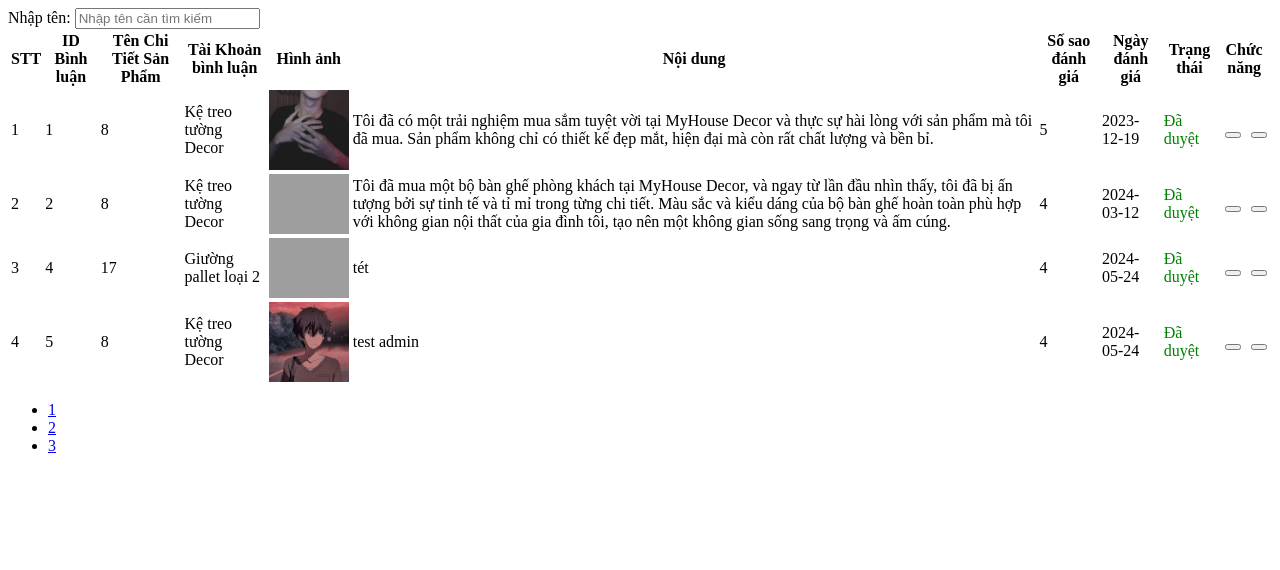
Repository: anhtu2110/TestCNPM
Page: http://localhost/MyHouseDecor/Admin/View/Admin_CommentView.php?page=1
The author's editor kept a copy of each file at every save. The page is drawn from the files as they stood at one save, then again after the next save.
The browser window is 1280 px wide. The pictures show the whole page.
Pictures or frames that could not be fetched are drawn as grey boxes. The page is run by PHP 8.4 with error messages shown; the project is at /var/www/html/. The database holds what the project's SQL file puts in it.

Above is the page before, as saved 2024-07-09 22:05:23.

After the next save:
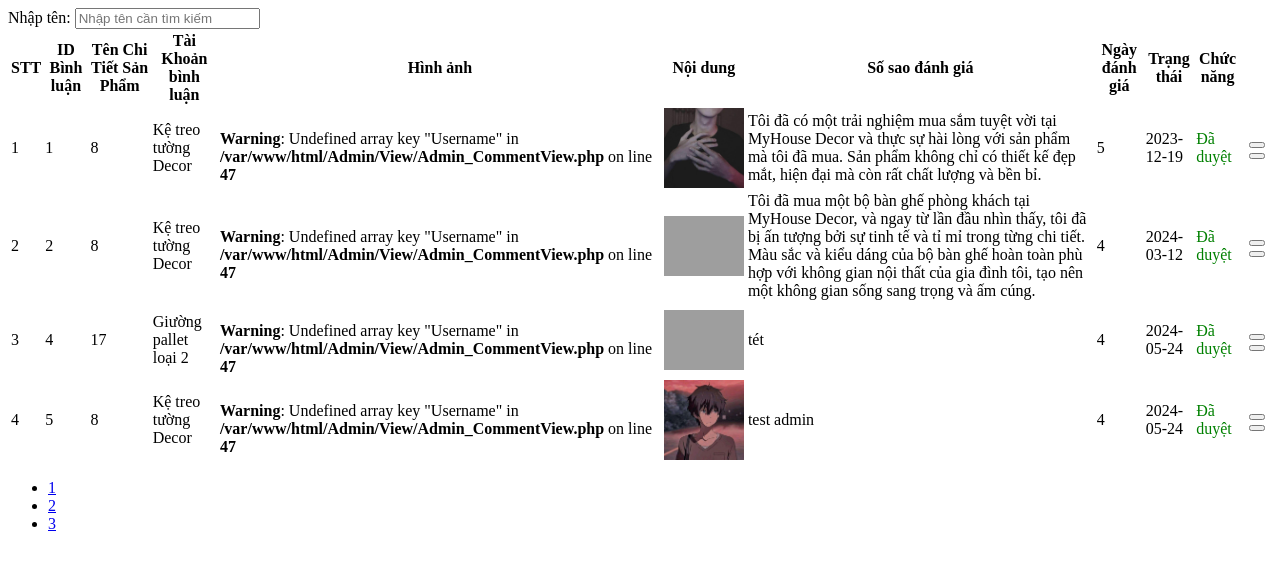
Saved 2 min 0 s later.
--- a/Admin/View/Admin_CommentView.php
+++ b/Admin/View/Admin_CommentView.php
@@ -44,6 +44,7 @@
                 $x = $controller->getNameProduct($items['DetailsID']);
                 print_r($x);
                 ?></td>
+        <td><?php echo $items['Username']; ?></td>
         <td><img src="<?php echo '../' . $items['Image']; ?>" style="max-width: 80px;max-height: 80px;" alt=""></td>
         <td><?php echo $items['Content']; ?></td>
         <td><?php echo $items['Star']; ?></td>

After the save that followed:
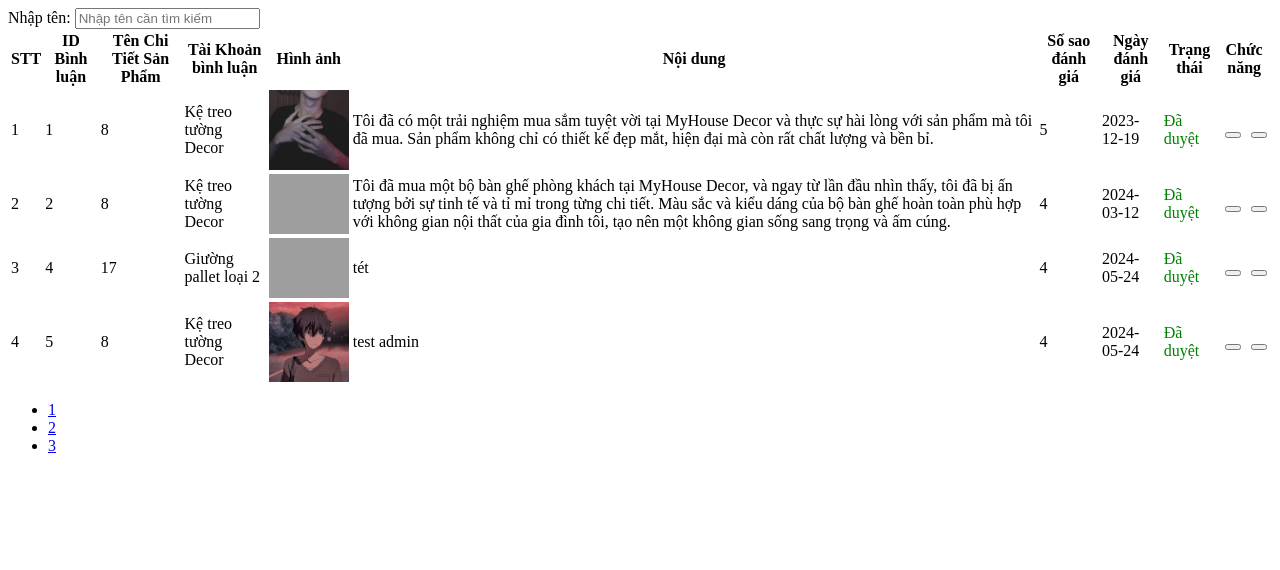
Saved 24 s later.
--- a/Admin/View/Admin_CommentView.php
+++ b/Admin/View/Admin_CommentView.php
@@ -42,9 +42,8 @@
         <td><?php echo $items['DetailsID']; ?></td>
         <td><?php
                 $x = $controller->getNameProduct($items['DetailsID']);
-                print_r($x);
+                echo $x;
                 ?></td>
-        <td><?php echo $items['Username']; ?></td>
         <td><img src="<?php echo '../' . $items['Image']; ?>" style="max-width: 80px;max-height: 80px;" alt=""></td>
         <td><?php echo $items['Content']; ?></td>
         <td><?php echo $items['Star']; ?></td>
